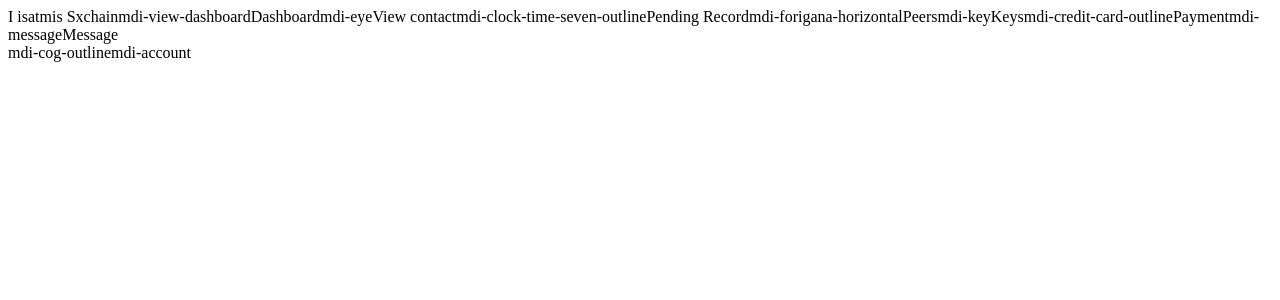
Repository: umarrg/isatmis
Page: /home
The author's editor kept a copy of each file at every save. The page is drawn from the files as they stood at one save, then again after the next save.
The browser window is 1280 px wide. The pictures show the whole page.
The project was rebuilt for these pictures with package versions that can differ from the ones it lists, and the page was loaded fresh each time. Also part of the build but not shown: vue.config.js. Imported but missing from the stored project, and not drawn on this page: src/plugins/vuetify.

Above is the page before, as saved 2021-01-26 00:12:46.

After the next save:
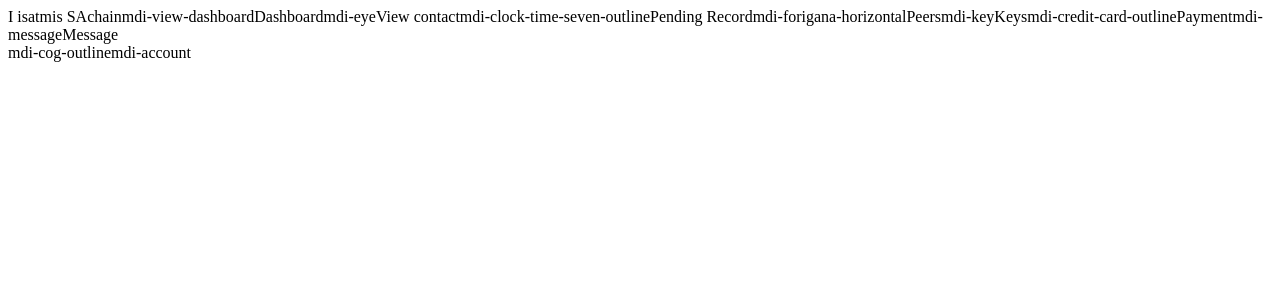
Saved 4 s later.
--- a/src/components/Navbar.vue
+++ b/src/components/Navbar.vue
@@ -34,7 +34,7 @@
           <span class="text-h4 white--text font-weight-light">
             <span class="blue--text font-weight-black">I</span>   isatmis
             <span class="blue--text font-weight-black">S</span>
-            <span class="blue--text font-weight-black">x</span>
+            <span class="blue--text font-weight-black">A</span>
             <span class="blue--text font-weight-black">c</span>
             <span class="blue--text font-weight-black">h</span>
             <span class="blue--text font-weight-black">a</span>
